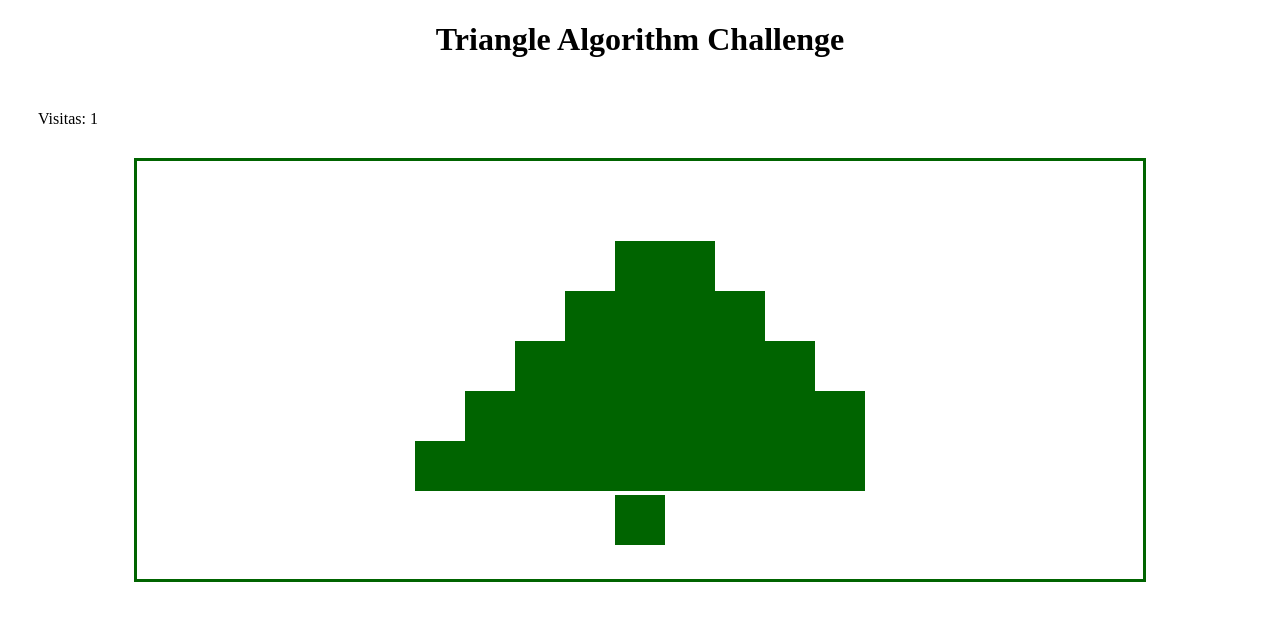
Repository: Hugobrr/trybe-exercises
Page: exercises/5_bloco/exercise-end-block5/index.html
The author's editor kept a copy of each file at every save. The page is drawn from the files as they stood at one save, then again after the next save.
The browser window is 1280 px wide. The pictures show the whole page.

Above is the page before, as saved 2020-11-05 17:44:59.

### exercises/5_bloco/exercise-end-block5/index.html
<!DOCTYPE html>
<html lang="pt-br">
<head>
  <meta charset="UTF-8">
  <meta name="viewport" content="width=device-width, initial-scale=1.0">
  <title>Triangle</title>
  <link rel="stylesheet" type="text/css" href="style.css">
  <script type="text/javascript" src="script.js"></script>
</head>
<body>
  <header>
    <h1>Triangle Algorithm Challenge</h1>
  </header>
  <div class="visit">Visitas: <span id="count"></span></div>
  <div class="container center">
    <div class="triangle">
      <!-- Cada uma dessas divs representa uma das 5 linhas da piramide -->
      <div class="line"></div>
      <div class="line"></div>
      <div class="line"></div>
      <div class="line"></div>
      <div class="line"></div>
      <div class="line"></div>
    </div>
  </div>
</body>
</html>

### exercises/5_bloco/exercise-end-block5/style.css
h1 {
  text-align: center;
}

.container {
  border: 3px solid darkgreen;
  box-sizing: border-box;
  padding: 30px;
  width: 80%;
  text-align: center;
}

.center {
  margin-left: auto;
  margin-right: auto;
}

.triangle {
  display: inline-block;
}

.line {
  width: 450px;
  height: 50px;
}

.box {
  width: 50px;
  height: 50px;
  background-color: darkgreen;
  display: inline-block;
  background: darkgreen;
}

.box-empty {
  width: 50px;
  height: 50px;
  background-color: white;
  display: inline-block;
}

.visit {
  padding: 30px;
}

### exercises/5_bloco/exercise-end-block5/script.js
window.onload = function() {
  let basePyramid = 10;
  let numberOfLines = (basePyramid + 1) / 2; // 5
  let controlLeft = numberOfLines; // 5
  let controlRight = numberOfLines; // 5
  let lines = document.querySelectorAll(".line");

  updateVisit();

  fillTriangle(lines);

  // Atualiza a quantidade de visitar no site, utilizando o LocalStorage
  function updateVisit() {
    if (typeof (Storage) != "undefined") {
      if(localStorage.count !== undefined) {
        let count = parseInt(localStorage.count);
        count+=1;
        localStorage.count = count;
        document.getElementById("count").innerHTML = count;
      } else {
        localStorage.count = 1;
        document.getElementById("count").innerHTML = 1;
      }
    } else {
      document.write("Sem suporte para Web Storage");
    }
  }

  // Passa por todos as linhas (div com class line) e preenche o triangulo
  function fillTriangle(lines) {
    for(let index = 0; index < lines.length; index += 1) {
      fillLine(lines[index]);
      controlRight += 1;
      controlLeft -= 1;
    }
  }

  // Cria uma caixa com base nas diferentes classes
  function createBox(className) {
    let box = document.createElement("div");
    box.className = className;
    return box;
  }

  // Preenche uma linha
  function fillLine(divLine) {
    for (let lineColumn = 1; lineColumn <= basePyramid; lineColumn += 1) {
      if(lineColumn >= controlLeft && lineColumn <= controlRight) {
        let box = createBox("box");
        divLine.appendChild(box);
      } else {
        divLine.appendChild(createBox("box-empty"));
      }
    }
  }
}

After the next save:
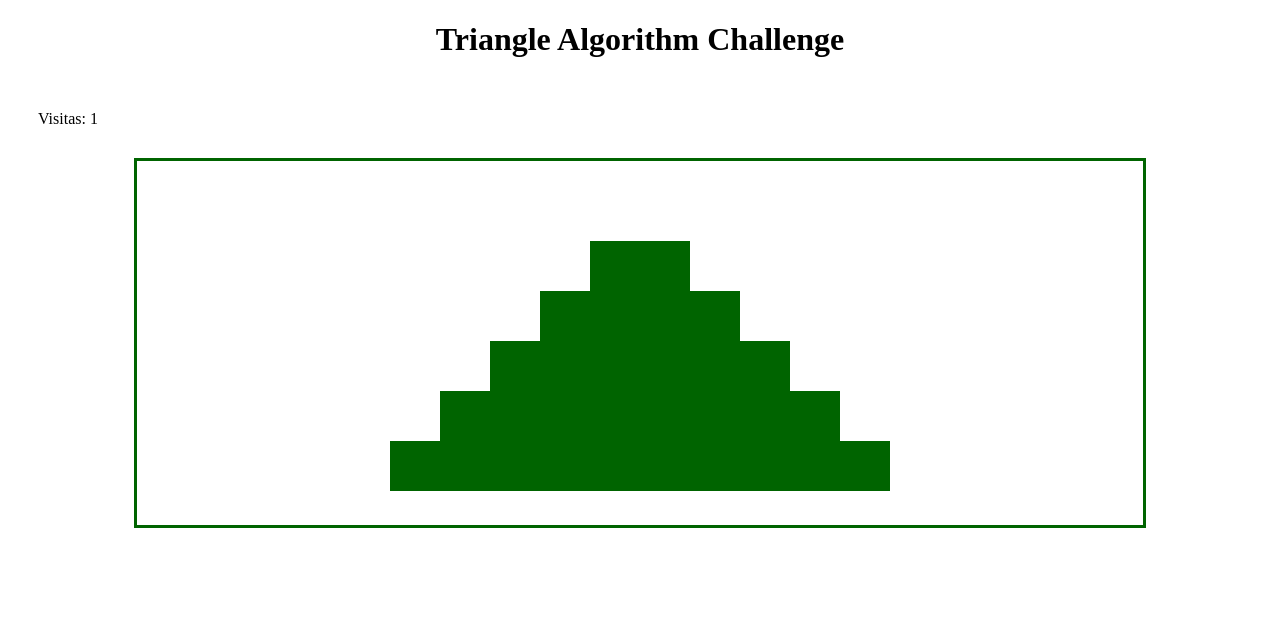
Saved 36 s later.
--- a/exercises/5_bloco/exercise-end-block5/style.css
+++ b/exercises/5_bloco/exercise-end-block5/style.css
@@ -20,7 +20,7 @@ h1 {
 }
 
 .line {
-  width: 450px;
+  width: 500px;
   height: 50px;
 }
 
